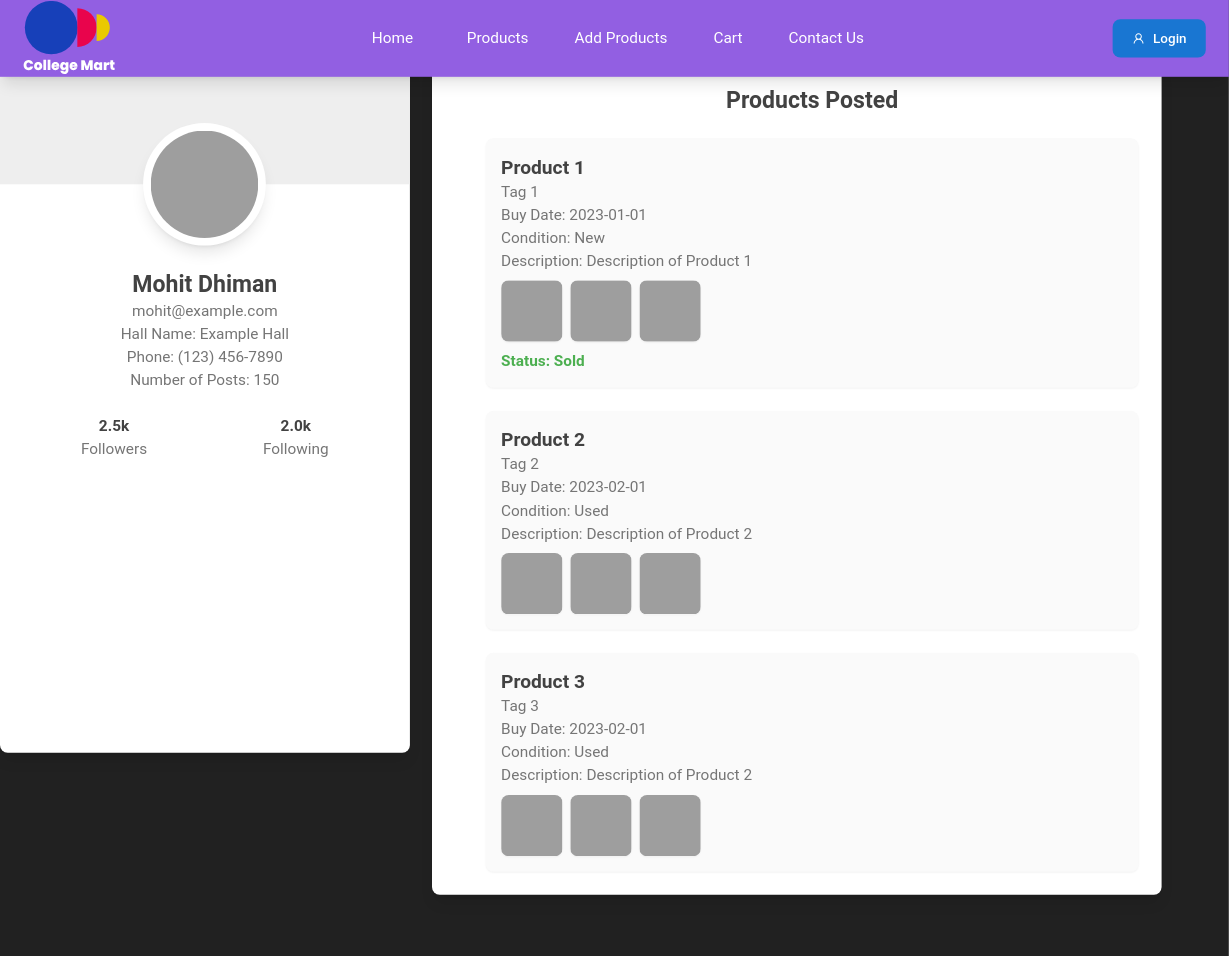
Repository: kumar1397/College-Mart
Page: /home/profile
These files come from the project's save history. The page is drawn as it stood at one moment and after the next save; the edit follows.
The browser window is 1280 px wide. The pictures show the whole page, at 96% of full size.
Pictures or frames that could not be fetched are drawn as grey boxes. Some web fonts or font styles are not loaded; a fallback is used. Some web libraries are served in a nearby version. The project was rebuilt for these pictures with package versions that can differ from the ones it lists, and the page was loaded fresh each time. Also part of the build but not shown: src/components/forgetPassword/forgetpassword.jsx, src/components/Auth.js, src/components/hero/Heronavbar.jsx, src/components/hero/footer.jsx, src/components/hero/Carousel.jsx, src/components/hero/Hero.jsx, src/components/new-home-page/header.jsx, src/components/new-home-page/footer_cont.jsx and 12 more.

Above is the page before, as saved 2024-07-15 15:48:38.

### public/index.html
<!DOCTYPE html>
<html lang="en">
  <head>
    <meta charset="utf-8" />
    <!-- <link rel="icon" href="%PUBLIC_URL%/favicon.ico" /> -->
    <meta name="viewport" content="width=device-width, initial-scale=1" />
    <meta name="theme-color" content="#000000" />

    <meta
      name="description"
      content="Web site created using create-react-app"
    />
    <link rel="preconnect" href="https://fonts.googleapis.com" />
    <link rel="preconnect" href="https://fonts.gstatic.com" crossorigin />
    <link
      href="https://fonts.googleapis.com/css2?family=Playwrite+GB+S:ital,wght@0,100..400;1,100..400&display=swap"
      rel="stylesheet"
    />
    <link rel="preconnect" href="https://fonts.googleapis.com" />
    <link rel="preconnect" href="https://fonts.gstatic.com" crossorigin />
    <link
      href="https://fonts.googleapis.com/css2?family=Archivo:ital,wght@0,100..900;1,100..900&family=Exo+2:ital,wght@0,600;1,600&display=swap"
      rel="stylesheet"
    />
    <link rel="preconnect" href="https://fonts.googleapis.com" />
    <link rel="preconnect" href="https://fonts.gstatic.com" crossorigin />
    <link
      href="https://fonts.googleapis.com/css2?family=Archivo:ital,wght@0,100..900;1,100..900&family=Exo+2:ital,wght@0,600;1,600&family=Montserrat+Alternates:ital,wght@0,100;0,200;0,300;0,400;0,500;0,600;0,700;0,800;0,900;1,100;1,200;1,300;1,400;1,500;1,600;1,700;1,800;1,900&display=swap"
      rel="stylesheet"
    />
    <link
      rel="stylesheet"
      type="text/css"
      charset="UTF-8"
      href="https://cdnjs.cloudflare.com/ajax/libs/slick-carousel/1.6.0/slick.min.css"
    />
    <link
      rel="stylesheet"
      type="text/css"
      href="https://cdnjs.cloudflare.com/ajax/libs/slick-carousel/1.6.0/slick-theme.min.css"
    />
    <!-- <link rel="apple-touch-icon" href="%PUBLIC_URL%/logo192.png" /> -->
    <!-- <link rel="manifest" href="%PUBLIC_URL%/manifest.json" /> -->
    <title>College Mart</title>
  </head>

  <body>
    <noscript>You need to enable JavaScript to run this app.</noscript>
    <div id="root"></div>
  </body>
</html>

### src/index.js
import React from 'react';
import ReactDOM from 'react-dom/client';
import './index.css';
import App from './App';
import reportWebVitals from './reportWebVitals';
// import { BrowserRouter } from 'react-router-dom';

import { ThemeProvider } from "@material-tailwind/react";

const root = ReactDOM.createRoot(document.getElementById('root'));
root.render(

    <React.StrictMode>
      <ThemeProvider>
      <App />
      </ThemeProvider>
    </React.StrictMode>

);

// If you want to start measuring performance in your app, pass a function
// to log results (for example: reportWebVitals(console.log))
// or send to an analytics endpoint. Learn more: https://bit.ly/CRA-vitals
reportWebVitals();

### src/index.css
@tailwind base;
@tailwind components;
@tailwind utilities;


.bgblackAuth {
  background: url('/public/Frame2.svg');
}

.bgcolorAuth {
  background: url('/public/colorbg.svg ')
}

.hnavbg {
  background: url('/public/hnavbg.svg');
  background-size: 100%;
}

.herohomebg {
  background: url('/public/homebg.svg') no-repeat;
  background-size: 100%;
}

@import url('https://fonts.googleapis.com/css2?family=Roboto:wght@400;500;700&display=swap');


.playwrite {
  font-family: "Playwrite GB S", cursive;
  font-optical-sizing: auto;
  font-weight: 400;
  font-style: normal;
}

.exo {
  font-family: "Exo 2", sans-serif;
  font-optical-sizing: auto;
  font-weight: 600;
  font-style: normal;
}

.mont {
  font-family: "Montserrat Alternates", sans-serif;
  font-weight: 300;
  font-style: normal;
}

### src/App.js
import Auth from "./components/Auth";
import Hero from "./components/hero/Hero";
import Home02 from "./components/new-home-page/parent";
import { AuthProvider } from "./contexts/AuthContext";
import ContactUs from "./components/contact-us/contact";
import { Route, Routes, BrowserRouter as Router } from "react-router-dom";
import ProductFormCard from "./components/product/newProduct";
import Profile from "./components/profile/profile";
import ResetPassword from "./components/forgetPassword/resetpassword";
import ForgotPassword from "./components/forgetPassword/forgetpassword";

function App() {
  return (
    <div>
      <Router>
        <AuthProvider>
          <Routes>
            <Route exact path="/" element={<Hero />} />
            <Route path="/auth" element={<Auth />} />
            <Route path="/home" element={<Home02 />} />
            <Route path="/home/profile" element={<Profile />} />
            <Route path="/home/form" element={<ProductFormCard />} />
            <Route path="/contactus" element={<ContactUs />} />
            <Route path="/forgot_password" element={<ForgotPassword/>} />
            <Route path="/reset/:token" element={< ResetPassword/>} />
          </Routes>
        </AuthProvider>
      </Router>
    </div>
  );
}

export default App;

### src/contexts/AuthContext.js
import React, { createContext, useState, useEffect } from "react";
import { useNavigate } from "react-router-dom";

const AuthContext = createContext();

export const AuthProvider = ({ children }) => {
  const [user, setUser] = useState(null);
  const navigate = useNavigate();

  useEffect(() => {
    const token = localStorage.getItem("token");
    const storedUser = JSON.parse(localStorage.getItem("user"));

    if (token && storedUser) {
      setUser(storedUser);
    } else {
      // navigate("");
    }
  }, [navigate]);

  const login = (userData, token) => {
    localStorage.setItem("token", token);
    localStorage.setItem("user", JSON.stringify(userData));
    setUser(userData);
    navigate("/home");
  };

  const logout = () => {
    localStorage.removeItem("token");
    localStorage.removeItem("user");
    setUser(null);
    navigate("/auth");
  };

  return (
    <AuthContext.Provider value={{ user, login, logout }}>
      {children}
    </AuthContext.Provider>
  );
};

export default AuthContext;

### src/components/profile/profile.jsx
import React from "react";
import ProductComponent  from "./UserProfile";
import { FontAwesomeIcon } from '@fortawesome/react-fontawesome';
import { faPhone, faEnvelope } from '@fortawesome/free-solid-svg-icons';
import Navbar from "../new-home-page/navbar";
const products = [
    {
        id: 1,
        name: "Product 1",
        tag: "Tag 1",
        buyDate: "2023-01-01",
        condition: "New",
        description: "Description of Product 1",
        images: ["/logo192.png", "/shoes01.webp","/ycle.webp"]
    },
    {
        id: 2,
        name: "Product 2",
        tag: "Tag 2",
        buyDate: "2023-02-01",
        condition: "Used",
        description: "Description of Product 2",
        images: ["/logo192.png", "/shoes01.webp","/ycle.webp"]
    },
    {
        id: 3,
        name: "Product 3",
        tag: "Tag 3",
        buyDate: "2023-02-01",
        condition: "Used",
        description: "Description of Product 2",
        images: ["/logo192.png", "/shoes01.webp","/ycle.webp"]
    }

];
export default function Profile() {
    return (
        <>
            <Navbar />
            <div className="bg-gray-900 min-h-screen flex">
                <div className="container mx-auto my-16 flex">
                    <div className="lg:w-1/3 bg-white rounded-lg shadow-lg overflow-hidden h-full fixed top-50 left-0">
                        <div className="h-32 bg-gray-200"></div>
                        <div className="flex justify-center -mt-16">
                            <img className="h-32 w-32 bg-white p-2 rounded-full shadow-lg" src="https://images.unsplash.com/photo-1535713875002-d1d0cf377fde?ixid=MnwxMjA3fDB8MHxwaG90by1wYWdlfHx8fGVufDB8fHx8&ixlib=rb-1.2.1&auto=format&fit=crop&w=2000&q=80" alt="Profile" />
                        </div>
                        <div className="p-6 text-center">
                            <h2 className="text-2xl font-semibold text-gray-800">Mohit Dhiman</h2>
                            <p className="text-gray-600">mohit@example.com</p>
                            <p className="text-gray-600">Hall Name: Example Hall</p>
                            <p className="text-gray-600">Phone: (123) 456-7890</p>
                            <p className="text-gray-600">Number of Posts: 150</p>
                            <div className="mt-6 flex justify-around">
                                <div className="text-center">
                                    <p className="font-semibold text-gray-800">2.5k</p>
                                    <p className="text-gray-600">Followers</p>
                                </div>
                                <div className="text-center">
                                    <p className="font-semibold text-gray-800">2.0k</p>
                                    <p className="text-gray-600">Following</p>
                                </div>
                            </div>
                        </div>
                    </div>

                    <div className="lg:ml-1/3 w-full bg-white rounded-lg shadow-lg overflow-y-auto h-full pl-8" style={{ marginLeft: "33.3333%" }}>
                        <div className="p-6">
                            <h2 className="text-2xl font-semibold text-gray-800 text-center">Products Posted</h2>
                            <div className="mt-6 space-y-6">
                                {products.map((product, index) => (
                                    <div key={product.id} className="p-4 bg-gray-50 rounded-lg shadow-sm">
                                        <h3 className="text-xl font-bold text-gray-800">{product.name}</h3>
                                        <p className="text-gray-600">{product.tag}</p>
                                        <p className="text-gray-600">Buy Date: {product.buyDate}</p>
                                        <p className="text-gray-600">Condition: {product.condition}</p>
                                        <p className="text-gray-600">Description: {product.description}</p>
                                        <div className="mt-2 flex space-x-2">
                                            {product.images.map((image, imgIndex) => (
                                                <img key={imgIndex} src={image} alt={`Product ${product.id}`} className="w-16 h-16 rounded-lg shadow-sm" />
                                            ))}
                                        </div>
                                        {index === 0 && <p className="mt-2 text-green-500 font-semibold">Status: Sold</p>}
                                    </div>
                                ))}
                            </div>
                        </div>
                    </div>
                </div>
            </div>
        </>


    )
}

### src/components/new-home-page/navbar.jsx
import React, { useState, useContext } from "react";
import { Link } from "react-router-dom";
import {
  AiOutlineClose,
  AiOutlineMenu,
  AiOutlineUser,
  AiOutlineLogout,
} from "react-icons/ai";
import AuthContext from "../../contexts/AuthContext";
import Logo from "./logo.svg"
const Navbar = () => {
  const { user, logout } = useContext(AuthContext);
  const [nav, setNav] = useState(false);
  const [isDropdownOpen, setIsDropdownOpen] = useState(false);

  const navItems = [
    { id: 1, text: "Home", path: "/" },
    { id: 2, text: "Products", path: "/products" },
    { id: 3, text: "Add Products", path: "/add-products" },
    { id: 4, text: "Cart", path: "/cart" },
    { id: 4, text: "Contact Us", path: "/contactus" },
  ];

  const handleNav = () => setNav(!nav);
  const toggleDropdown = () => setIsDropdownOpen(!isDropdownOpen);

  return (
    <div className="bg-[#925FE2] shadow-lg flex justify-between z-20 items-center h-20 w-full px-6 text-white fixed">
      <div className="flex items-center space-x-2">
        <div className=" w-24 max-w-24"><img src={Logo} alt="" /></div>
      </div>

      <ul className="hidden md:flex space-x-4">
        {navItems.map((item) => (
          <li
            key={item.id}
            className="p-4 hover:bg-white rounded-xl m-2 cursor-pointer duration-300 hover:text-black"
          >
            <Link to={item.path}>{item.text}</Link>
          </li>
        ))}
      </ul>

      <div className="block md:hidden" onClick={handleNav}>
        {nav ? <AiOutlineClose size={20} /> : <AiOutlineMenu size={20} />}
      </div>

      <ul
        className={`fixed top-0 left-0 w-[60%] h-full border-r border-r-gray-900 bg-[#000300] ease-in-out duration-500 ${
          nav ? "left-0" : "left-[-100%]"
        } md:hidden`}
      >
        <h1 className="w-full text-3xl font-bold text-[#00df9a] m-4">REACT.</h1>
        {navItems.map((item) => (
          <li
            key={item.id}
            className="p-4 border-b rounded-xl hover:bg-[#00df9a] duration-300 hover:text-black cursor-pointer border-gray-600"
          >
            <Link to={item.path}>{item.text}</Link>
          </li>
        ))}
      </ul>

      <div className="relative flex items-center space-x-4">
        {user ? (
          <>
            <button
              id="dropdownDefaultButton"
              onClick={toggleDropdown}
              className="flex items-center text-white bg-blue-700 hover:bg-blue-800 focus:ring-4 focus:outline-none focus:ring-blue-300 font-medium rounded-lg text-sm px-5 py-2.5 dark:bg-blue-600 dark:hover:bg-blue-700 dark:focus:ring-blue-800"
              type="button"
            >
              <AiOutlineUser className="w-6 h-6 mr-2" />
              <span>{user.name}</span>
              <svg
                className="w-2.5 h-2.5 ml-2"
                aria-hidden="true"
                xmlns="http://www.w3.org/2000/svg"
                fill="none"
                viewBox="0 0 10 6"
              >
                <path
                  stroke="currentColor"
                  strokeLinecap="round"
                  strokeLinejoin="round"
                  strokeWidth="2"
                  d="m1 1 4 4 4-4"
                />
              </svg>
            </button>
            {isDropdownOpen && (
              <div
                id="dropdown"
                className="absolute top-full mt-2 z-10 bg-white divide-y divide-gray-100 w-44 rounded-lg shadow dark:bg-gray-700"
              >
                <ul className="py-2 text-sm text-gray-700 dark:text-gray-200">
                  <li>
                    <Link
                      to="/home/profile"
                      className=" px-4 py-2 hover:bg-gray-100 dark:hover:bg-gray-600 dark:hover:text-white w-full text-left flex items-center"
                    >
                      <AiOutlineUser className="mr-2" />
                      Profile
                    </Link>
                  </li>
                  <li>
                    <button
                      className=" px-4 py-2 hover:bg-gray-100 dark:hover:bg-gray-600 dark:hover:text-white w-full text-left flex items-center"
                      onClick={logout}
                    >
                      <AiOutlineLogout className="mr-2" />
                      Logout
                    </button>
                  </li>
                </ul>
              </div>
            )}
          </>
        ) : (
          <Link
            to="/login"
            className="flex items-center px-5 py-2.5 bg-blue-700 hover:bg-blue-800 focus:ring-4 focus:outline-none focus:ring-blue-300 text-sm font-medium rounded-lg dark:bg-blue-600 dark:hover:bg-blue-700 dark:focus:ring-blue-800"
          >
            <AiOutlineUser className="mr-2" />
            Login
          </Link>
        )}
      </div>
    </div>
  );
};

export default Navbar;

### tailwind.config.js
/** @type {import('tailwindcss').Config} */

// const withMT = require("@material-tailwind/react/utils/withMT");

// const config={
//   content: [
//     "./src/**/*.{js,jsx,ts,tsx}",
//   ],
//   theme: {
//     extend: {},
//   },
//   plugins: [],
// }

// module.exports = withMT(config);

const withMT = require("@material-tailwind/react/utils/withMT");

module.exports = withMT({
  content: ["./src/**/*.{js,jsx,ts,tsx}"],
  theme: {
    extend: {
      keyframes: {
        gradient: {
          '0%': { backgroundPosition: '0% 50%' },
          '50%': { backgroundPosition: '100% 50%' },
          '100%': { backgroundPosition: '0% 50%' },
        },
      },
      animation: {
        'gradient-bg': 'gradient 15s ease infinite',
      },
      backgroundImage: {
        'gradient-radial': 'radial-gradient(circle, var(--tw-gradient-stops))',
        'gradient-linear': 'linear-gradient(270deg, #ff9a9e, #fad0c4, #fad0c4, #ff9a9e)',
      },
    },
  },
  plugins: [],
});

Loaded but not shown: src/reportWebVitals.js (common file)

After the next save:
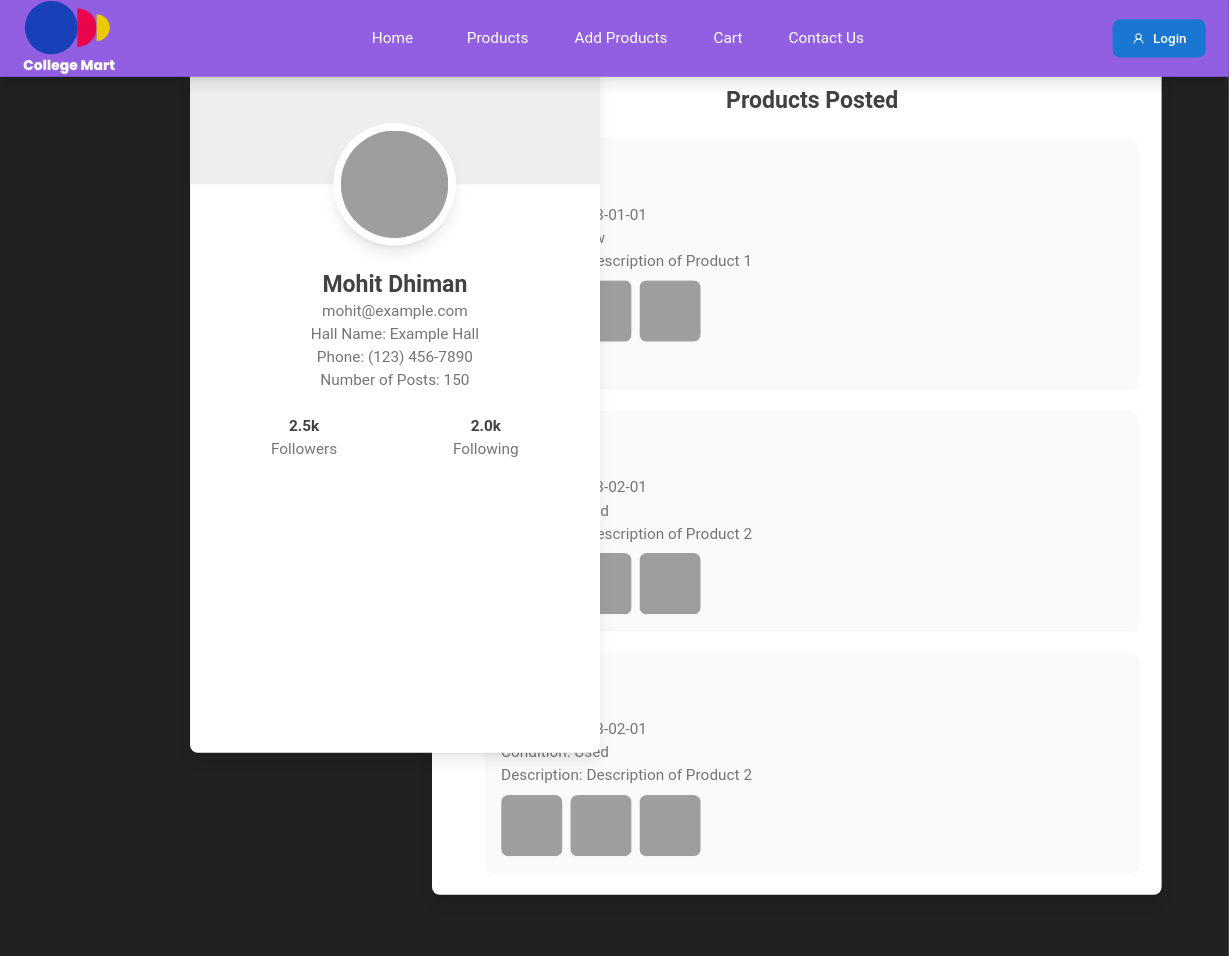
Saved 9 min 36 s later.
--- a/src/components/profile/profile.jsx
+++ b/src/components/profile/profile.jsx
@@ -39,7 +39,7 @@ export default function Profile() {
             <Navbar />
             <div className="bg-gray-900 min-h-screen flex">
                 <div className="container mx-auto my-16 flex">
-                    <div className="lg:w-1/3 bg-white rounded-lg shadow-lg overflow-hidden h-full fixed top-50 left-0">
+                    <div className="lg:w-1/3 bg-white rounded-lg shadow-lg overflow-hidden h-full fixed " style={{ marginLeft: "10%" }}>
                         <div className="h-32 bg-gray-200"></div>
                         <div className="flex justify-center -mt-16">
                             <img className="h-32 w-32 bg-white p-2 rounded-full shadow-lg" src="https://images.unsplash.com/photo-1535713875002-d1d0cf377fde?ixid=MnwxMjA3fDB8MHxwaG90by1wYWdlfHx8fGVufDB8fHx8&ixlib=rb-1.2.1&auto=format&fit=crop&w=2000&q=80" alt="Profile" />
